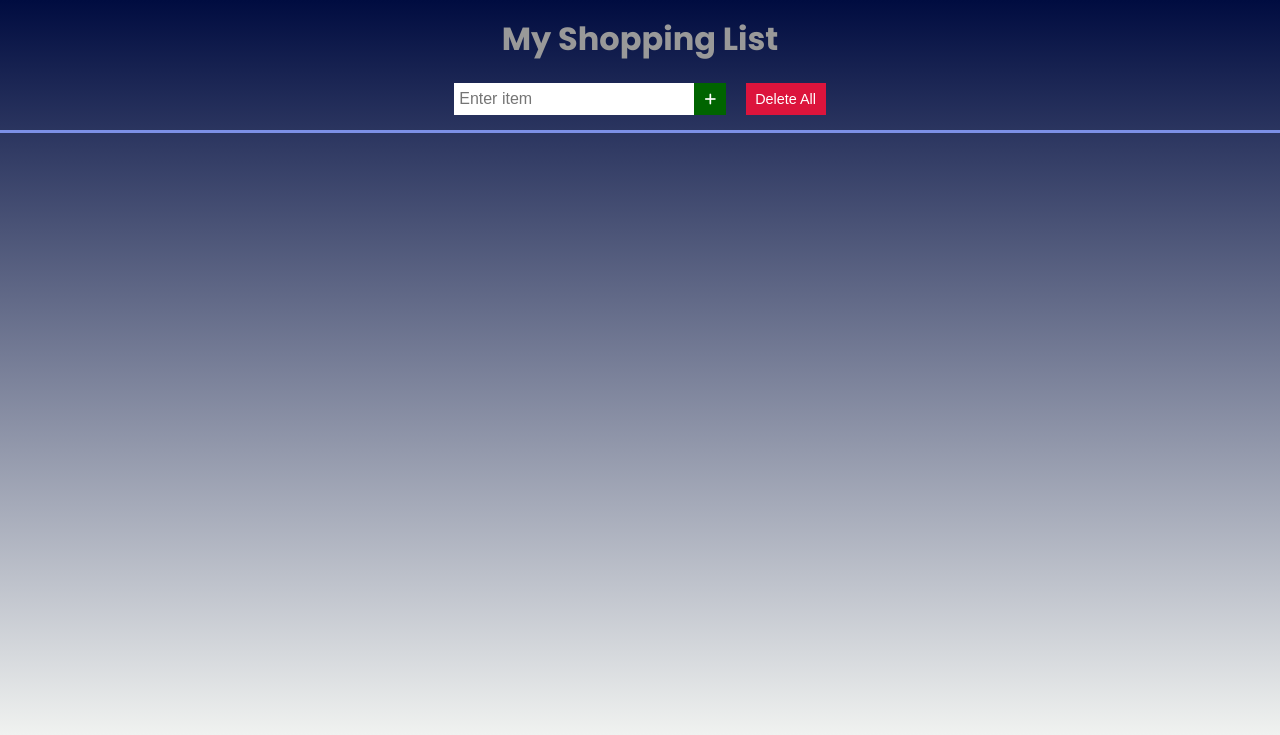
Repository: SaadYasin/shopping-list01-js
Page: index.html
An editor plug-in stored every save of this project. The page is shown before and after the next save, followed by the edit.
The browser window is 1280 px wide. The pictures show the whole page.
The pointer rests on the first visible `.btn-add-item`.

Above is the page before, as saved 2021-12-06 19:01:37.

After the next save:
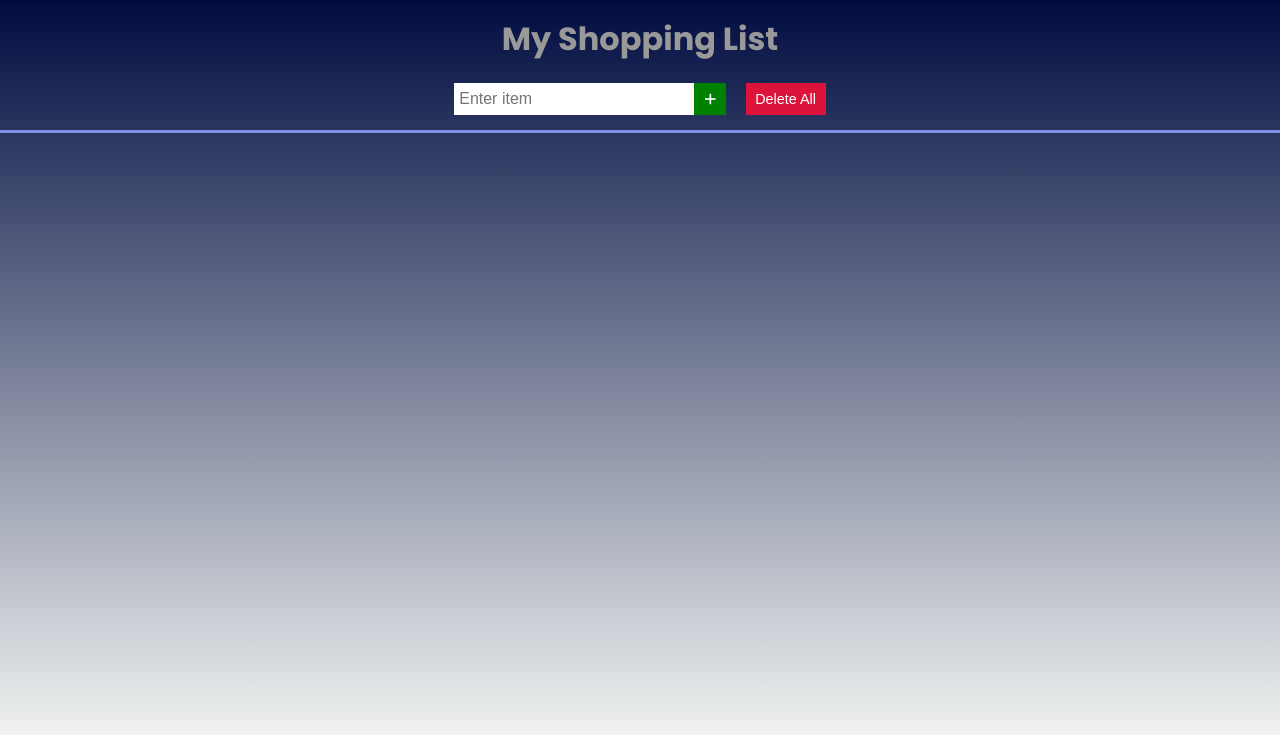
Saved 67 s later.
--- a/styles.css
+++ b/styles.css
@@ -45,7 +45,7 @@ form {
 }
 
 .btn-add-item:hover {
-    background: darkgreen;
+    background: darker;
 
 }
 
